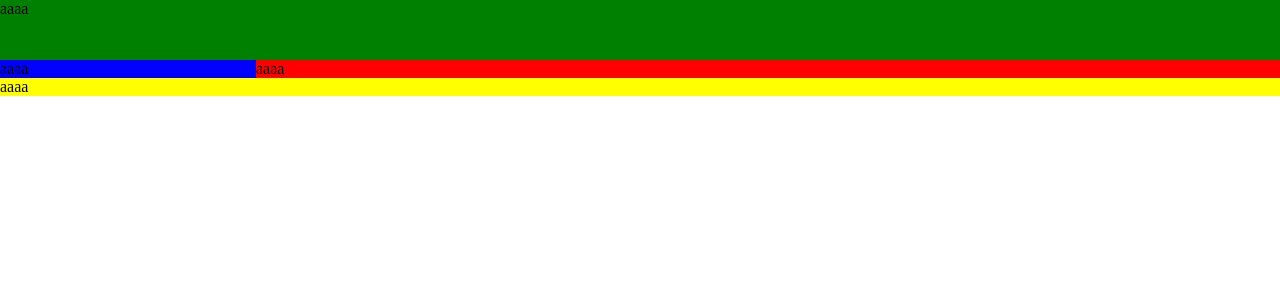
Repository: pleanoma/TooDoo
Page: http://localhost/TooDoo/Home.jsp
An editor plug-in stored every save of this project. The page is shown before and after the next save, followed by the edit.
The browser window is 1280 px wide. The pictures show the whole page.
The page is served by Tomcat 9.

Above is the page before, as saved 2013-11-27 07:52:04.

After the next save:
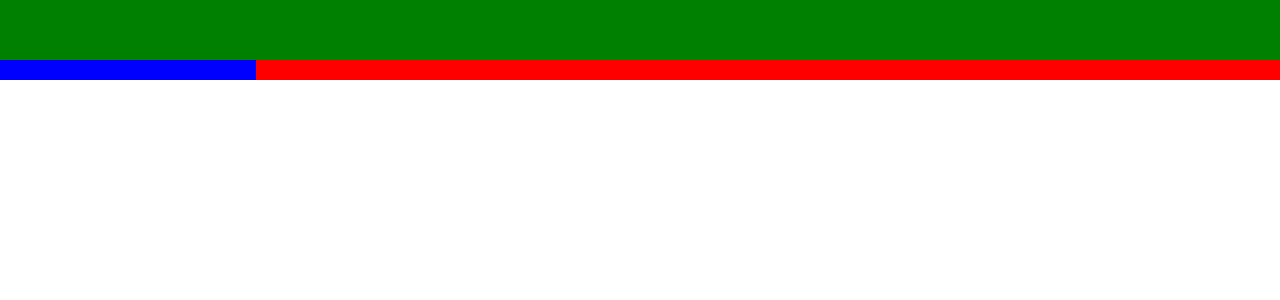
Saved 51 s later.
--- a/TooDoo/WebContent/Home.jsp
+++ b/TooDoo/WebContent/Home.jsp
@@ -9,20 +9,26 @@
 </head>
 <body>
 	<div id="header">
-		aaaa
+		<div class="box-txt">
+
+		</div>
 	</div>
 	<div id="content">
 		<div class="article">
+			<div class="box-txt">
 
-		aaaa
+			</div>
 		</div>
 		<div class="sidebar">
+			<div class="box-txt">
 
-		aaaa
+			</div>
 		</div>
 	</div>
 	<div id="footer">
-		aaaa
+		<div class="box-txt">
+
+		</div>
 	</div>
 </body>
 </html>
